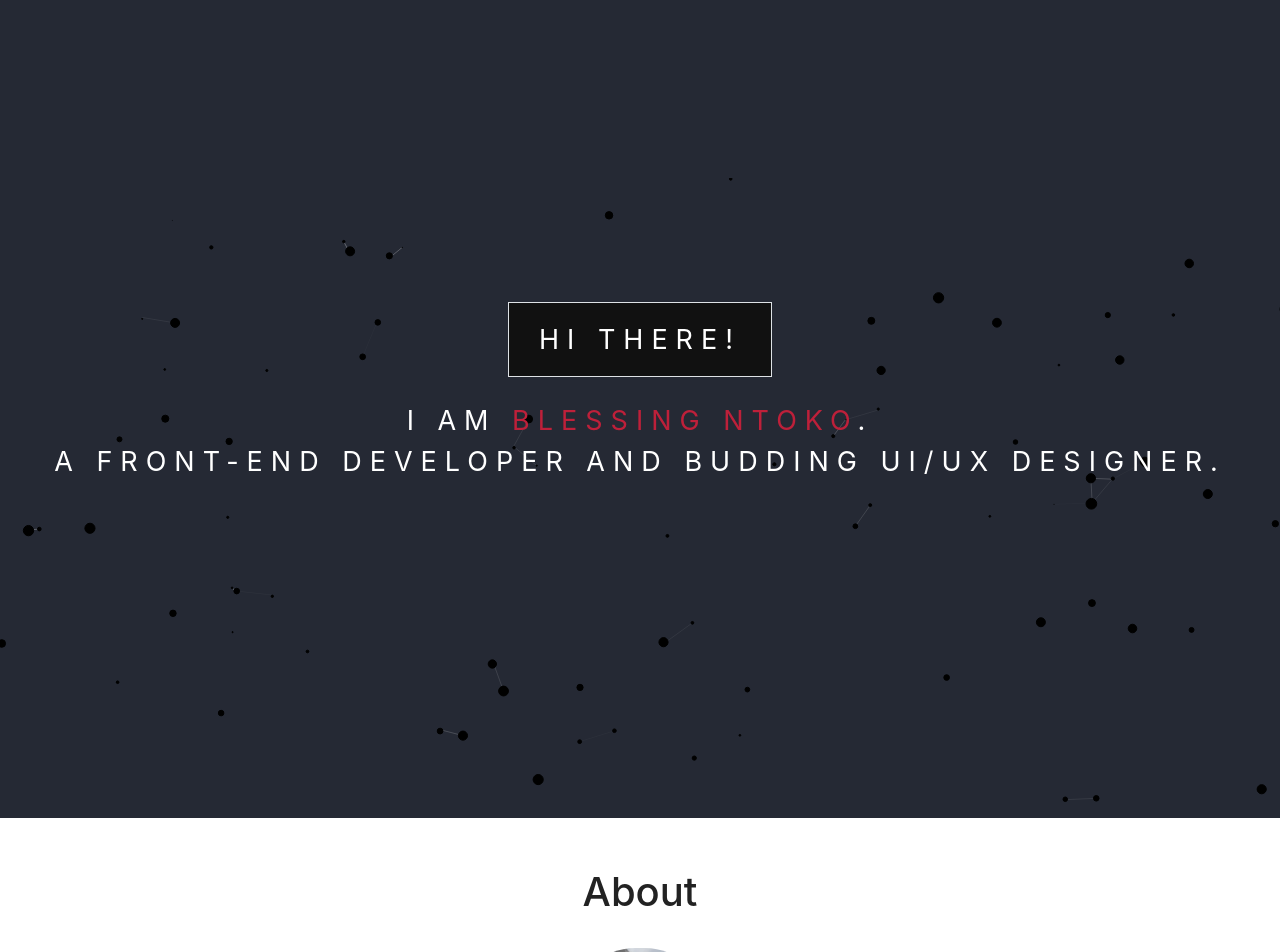
Repository: blessingNtoko/portfolio_noangular
Page: index.html
An editor plug-in stored every save of this project. The page is shown before and after the next save, followed by the edit.
The browser window is 1280 px wide. The pictures show the part of the page from y = 0 to 952 px (the page is 4498 px tall).
Backgrounds fixed to the window are drawn as part of the page.

Above is the page before, as saved 2020-04-14 19:12:13.

### index.html
<!DOCTYPE html>
<html lang="en">

<head>
    <meta charset="UTF-8">
    <meta name="viewport" content="width=device-width, initial-scale=1.0">
    <meta http-equiv="X-UA-Compatible" content="ie=edge">
    <link rel="stylesheet" href="css/index.css">
    <link rel="stylesheet" href="https://stackpath.bootstrapcdn.com/bootstrap/4.4.1/css/bootstrap.min.css" integrity="sha384-Vkoo8x4CGsO3+Hhxv8T/Q5PaXtkKtu6ug5TOeNV6gBiFeWPGFN9MuhOf23Q9Ifjh" crossorigin="anonymous">
    <script src="https://code.jquery.com/jquery-3.4.1.slim.min.js" integrity="sha384-J6qa4849blE2+poT4WnyKhv5vZF5SrPo0iEjwBvKU7imGFAV0wwj1yYfoRSJoZ+n" crossorigin="anonymous"></script>
    <script src="https://cdn.jsdelivr.net/npm/popper.js@1.16.0/dist/umd/popper.min.js" integrity="sha384-Q6E9RHvbIyZFJoft+2mJbHaEWldlvI9IOYy5n3zV9zzTtmI3UksdQRVvoxMfooAo" crossorigin="anonymous"></script>
    <script src="https://stackpath.bootstrapcdn.com/bootstrap/4.4.1/js/bootstrap.min.js" integrity="sha384-wfSDF2E50Y2D1uUdj0O3uMBJnjuUD4Ih7YwaYd1iqfktj0Uod8GCExl3Og8ifwB6" crossorigin="anonymous"></script>
    <title>Portfolio</title>
</head>

<body>
    <div class="container-fluid">
        <div class="row pimg1" id="particles-js">
            <div class="col ptext">
                <span class="border">
                    Hi There!
                </span><br><br>
                <p>
                    I am <span id="myName">Blessing Ntoko</span>.<br> A Front-end developer and budding UI/UX Designer.
                </p>
            </div>
        </div>
        <section class="section">
            <h1>About</h1><br>
            <div class="infoContain">
                <article class="infoOnMe">
                    <img class="picMe" src="images/me.jpg" alt="Picture of me">
                    <p>Lorem ipsum dolor, sit amet consectetur adipisicing elit. Voluptatum, quasi? Deleniti laudantium ratione fugiat vero dolor repellat magni at sequi quis delectus culpa ipsum accusantium laboriosam, consectetur nostrum necessitatibus
                        libero, assumenda ex cupiditate. Possimus voluptas hic ullam vitae nostrum, voluptate omnis reprehenderit eius laudantium, blanditiis saepe eum fuga odit consequatur tempore modi aliquam. Enim reiciendis velit eum laboriosam dolorum
                        magni!
                    </p>
                </article><br>
                <h2>My Toys</h2>
                <div class="myToys">
                    <img class="toy toy1" src="images/HTML5_1Color_Black.svg" alt="HTML Logo">
                    <img class="toy toy2" src="images/css3.svg" alt="CSS Logo">
                    <img class="toy toy3" src="images/javascript.svg" alt="Javascript Logo">
                    <img class="toy toy4" src="images/AngularJS-Shield.svg" alt="Angular Logo">
                    <img class="toy toy5" src="images/ionic.svg" alt="Ionic Logo">
                    <img class="toy toy6" src="images/gimp-monochrome-logo-D2944540FE-seeklogo.com.png" alt="Gimp Logo">
                    <img class="toy toy7" src="images/inkscape.png" alt="Inkscape Logo">
                    <img class="toy toy7" src="images/node.png" alt="NodeJS Logo">
                </div>
            </div>
        </section>
        <div class="pimg2">
            <div class="ptext">
                <span class="border trans">
                    Image Two text
                </span>
            </div>
        </div>
        <section class="section">
            <h2>Work</h2>
            <p>Take a look at the work that I have done</p><br><br>
            <div class="works">
                <img id="works1" src="images/color.jpg" alt="color">
                <img id="works2" src="images/colorSplash.jpg" alt="colorSplash">
            </div>
        </section>
        <div class="pimg3">
            <div class="ptext">
                <span class="border trans">
                    Image Three text
                </span>
            </div>
        </div>
        <section class="section section-dark contactSection">
            <h2>Contact</h2>
            <form id="contactForm" class="formOfContact">
                <p>Feel free to say hello, I am itching to chat.</p>
                <input type="text" id="formName" placeholder="Name" class="inputs" maxlength="30" required>
                <br />
                <input type="text" id="formEmail" placeholder="Email" class="inputs" maxlength="30" required>
                <br />
                <textarea name="message" id="formMess" cols="30" rows="10" class="inputs" placeholder="Message" maxlength="250" required></textarea>
                <br />
                <input type="submit" id="submit" value="Submit">
            </form>
        </section>
        <div class="pimg1">
            <div class="ptext">
                <span class="border">
                    Have a great day!
                </span>
            </div>
        </div>
    </div>


    <script src="https://cdn.jsdelivr.net/particles.js/2.0.0/particles.min.js"></script>
    <script>
        particlesJS.load('particles-js', 'assets/particles.json', function() {
            console.warn('particles.json loaded...');
        })
    </script>
    <script src="javascript/index.js"></script>
</body>

</html>

### css/index.css
body,
html {
    height: 100%;
    margin: 0;
    padding: 0;
    font-size: 16px;
    font-family: "Lato", sans-serif;
    font-weight: 400;
    line-height: 1.8em;
    color: white;
}

.pimg1,
.pimg2,
.pimg3 {
    position: relative;
    opacity: 1;
    background-position: center;
    background-size: cover;
    background-repeat: no-repeat;
    /* fixed = parallax
        scroll = normal
    */
    background-attachment: fixed;
    transition: all .3s;
}

.pimg1 {
    background-color: #252934;
    min-height: 100vh;
}

.pimg2 {
    background-image: url(https://source.unsplash.com/random/1920x1200);
    min-height: 400px;
    opacity: 0.7;
}

.pimg2:hover {
    opacity: 1;
}

.pimg3 {
    background-image: url(https://source.unsplash.com/random/1920x1080);
    min-height: 400px;
    opacity: 0.7;
}

.pimg3:hover {
    opacity: 1;
}

.section {
    text-align: center;
    padding: 50px 80px;
    background: #fff;
    color: #222;
    height: 100vh;
}

.ptext {
    position: absolute;
    top: 20rem;
    width: 100%;
    text-align: center;
    color: white;
    font-size: 27px;
    letter-spacing: 8px;
    text-transform: uppercase;
}

.ptext .border {
    background-color: #111;
    color: #fff;
    padding: 20px 30px;
}

.ptext .border .trans {
    background-color: transparent;
}

#myName {
    color: rgb(190, 32, 58);
}

.infoOnMe {
    display: flex;
    flex-direction: column;
    justify-content: center;
    align-items: center;
    width: 40%;
}

.picMe {
    width: 30%;
    height: 30%;
    opacity: 0.6;
    transition: all .3s;
    border-radius: 60px;
}

.picMe:hover {
    opacity: 1;
}

.infoContain {
    display: flex;
    flex-direction: column;
    justify-content: center;
    align-items: center;
}

.myToys {
    display: flex;
    flex-direction: row;
    justify-content: space-between;
    align-content: center;
    flex-wrap: wrap;
}

.toy {
    width: 10%;
    height: 10%;
    transition: all .3s;
    opacity: 0.5;
}

.toy:hover {
    opacity: 1;
}

.works {
    display: flex;
    flex-direction: row;
    justify-content: center;
    align-items: center;
}

#works1 {
    width: 50%;
    height: 50%;
    opacity: 0.6;
    transition: all .3s;
}

#works2 {
    width: 50%;
    height: 50%;
    opacity: 0.6;
    transition: all .3s;
}

#works1:hover {
    opacity: 1;
}

#works2:hover {
    opacity: 1;
}

.formOfContact {
    display: flex;
    flex-direction: column;
    justify-content: center;
    align-items: center;
    border: 1px solid red;
    width: 50%;
    height: 30em;
    margin-left: 27em;
    margin-top: 12em;
}


/* .formField {
    border: none;
    display: flex;
    flex-direction: column;
    justify-content: center;
    align-items: center;
    width: 9em;
    border: 1px solid black;
    width: 70%;
    line-height: .5em;
} */

.inputs {
    /* margin-left: 23%; */
    width: 50%;
}


/* .contactSection {
    text-align: center;
} */

#submit {
    width: 10em;
    background-color: transparent;
    color: black;
    border: 2px solid black;
    border-radius: 5px;
    font-size: 12pt;
    padding: .5em auto;
    transition: all .3s;
}

#submit:hover {
    background-color: black;
    color: white
}

@media(max-width: 560px) {
    .pimg1,
    .pimg2,
    .pimg3 {
        background-attachment: scroll;
    }
}

### javascript/index.js
const contactForm = document.querySelector('#contactForm');
const formName = document.querySelector('#formName');
const formEmail = document.querySelector('#formEmail');
const formMess = document.querySelector('#formMess');

contactForm.addEventListener('submit', onSubmit);

function onSubmit(e) {
    e.preventDefault();

    const formContact = {
        name: formName.value,
        email: formEmail.value,
        message: formMess.value
    };

    const toJSON = JSON.stringify(formContact);
    console.log('[Contact Form]>>>>', toJSON);
    const base64 = btoa(toJSON);

    const xhr = new XMLHttpRequest();
    xhr.open('POST', 'http://localhost:4177');
    xhr.setRequestHeader("Content-type", "application/json");
    xhr.send(base64);

    contactForm.reset();
}

### assets/particles.json
{
    "particles": {
        "number": {
            "value": 80,
            "density": {
                "enable": true,
                "value_area": 800
            }
        },
        "color": {
            "value": "#000"
        },
        "shape": {
            "type": "circle",
            "stroke": {
                "width": 1,
                "color": "#000"
            },
            "polygon": {
                "nb_sides": 5
            },
            "image": {
                "src": "img/github.svg",
                "width": 100,
                "height": 100
            }
        },
        "opacity": {
            "value": 1,
            "random": false,
            "anim": {
                "enable": false,
                "speed": 1,
                "opacity_min": 0.1,
                "sync": false
            }
        },
        "size": {
            "value": 5,
            "random": true,
            "anim": {
                "enable": true,
                "speed": 30,
                "size_min": 0.1,
                "sync": false
            }
        },
        "line_linked": {
            "enable": true,
            "distance": 40,
            "color": "#ffffff",
            "opacity": 0.4,
            "width": 1
        },
        "move": {
            "enable": true,
            "speed": 6,
            "direction": "none",
            "random": false,
            "straight": false,
            "out_mode": "out",
            "bounce": false,
            "attract": {
                "enable": false,
                "rotateX": 600,
                "rotateY": 1200
            }
        }
    },
    "interactivity": {
        "detect_on": "canvas",
        "events": {
            "onhover": {
                "enable": true,
                "mode": "repulse"
            },
            "onclick": {
                "enable": true,
                "mode": "push"
            },
            "resize": true
        },
        "modes": {
            "grab": {
                "distance": 400,
                "line_linked": {
                    "opacity": 1
                }
            },
            "bubble": {
                "distance": 400,
                "size": 40,
                "duration": 2,
                "opacity": 0.8,
                "speed": 3
            },
            "repulse": {
                "distance": 150,
                "duration": 0.4
            },
            "push": {
                "particles_nb": 50
            },
            "remove": {
                "particles_nb": 2
            }
        }
    },
    "retina_detect": true
}

After the next save:
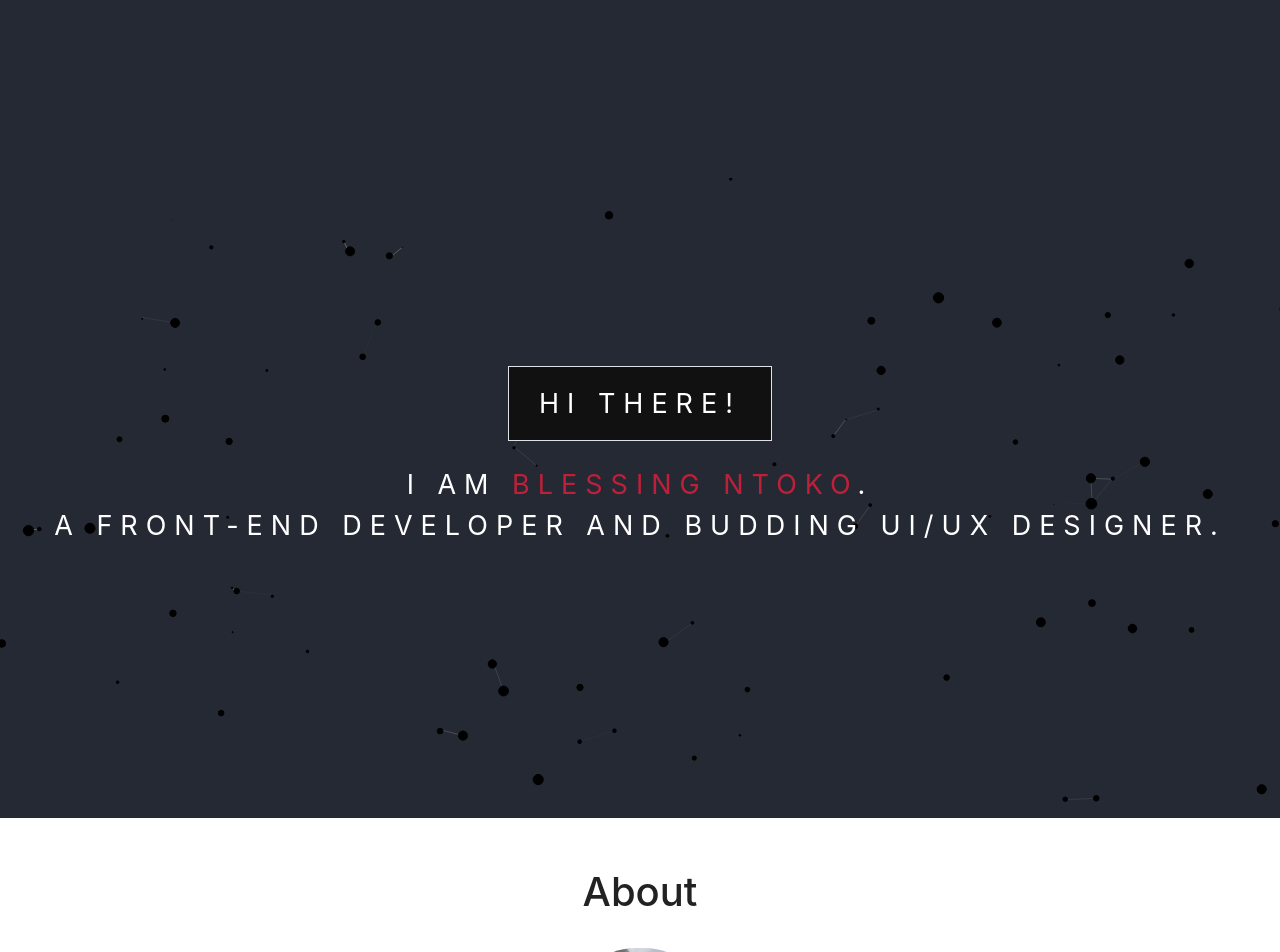
Saved 14 s later.
--- a/css/index.css
+++ b/css/index.css
@@ -60,7 +60,7 @@
 
 .ptext {
     position: absolute;
-    top: 20rem;
+    top: 24rem;
     width: 100%;
     text-align: center;
     color: white;
